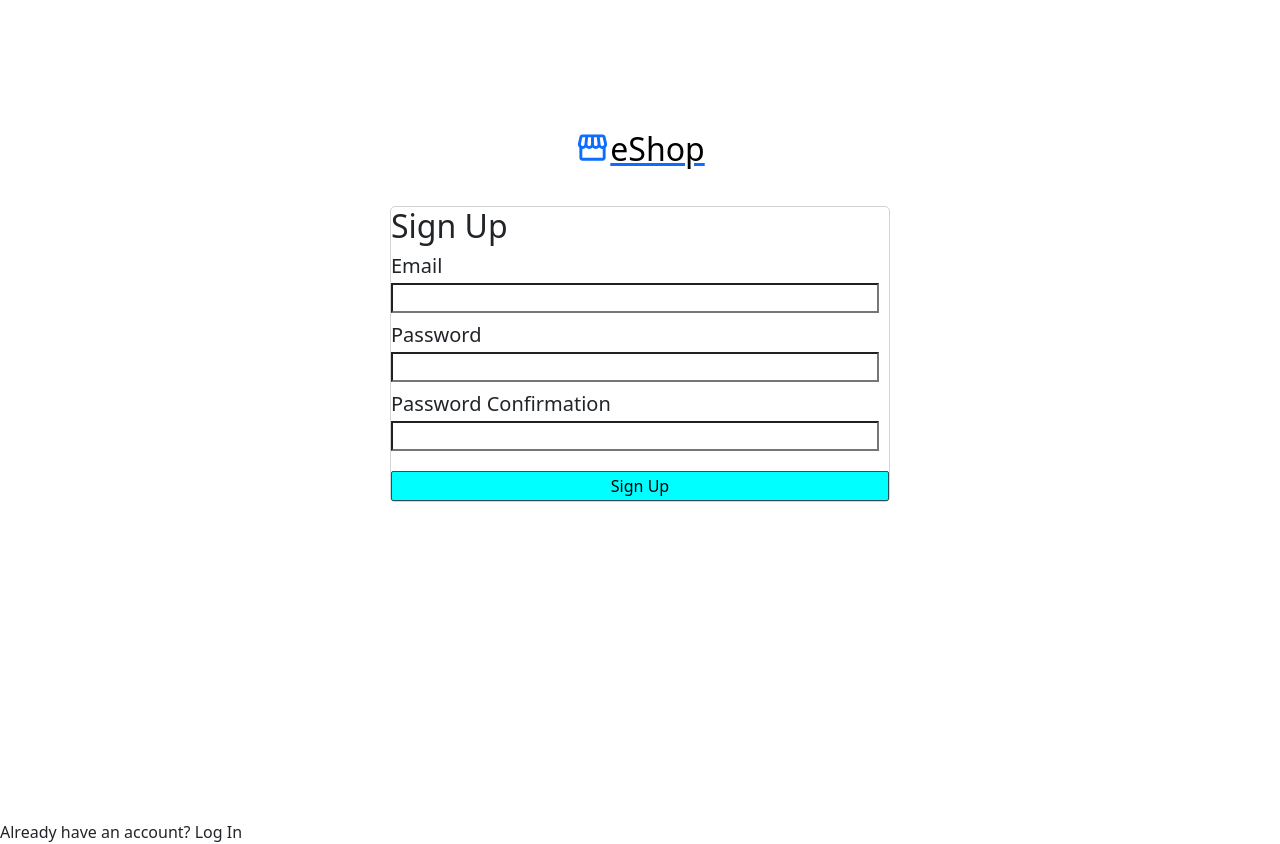
Repository: carinvid/reach-eshop
Page: /signup
These files come from the project's save history. The page is drawn as it stood at one moment and after the next save; the edit follows.
The browser window is 1280 px wide. The pictures show the whole page.
The page's requests for data from a server got no answer. The project was rebuilt for these pictures with package versions that can differ from the ones it lists, and the page was loaded fresh each time. No one was signed in, and anything a server would have sent is missing. Also part of the build but not shown: src/Header.css, src/Header.js, src/Home.css, src/Product.css, src/Product.js, src/Home.js, src/Checkout.css, src/CheckoutProduct.css and 6 more.

Above is the page before, as saved 2022-04-06 16:15:37.

After the next save:
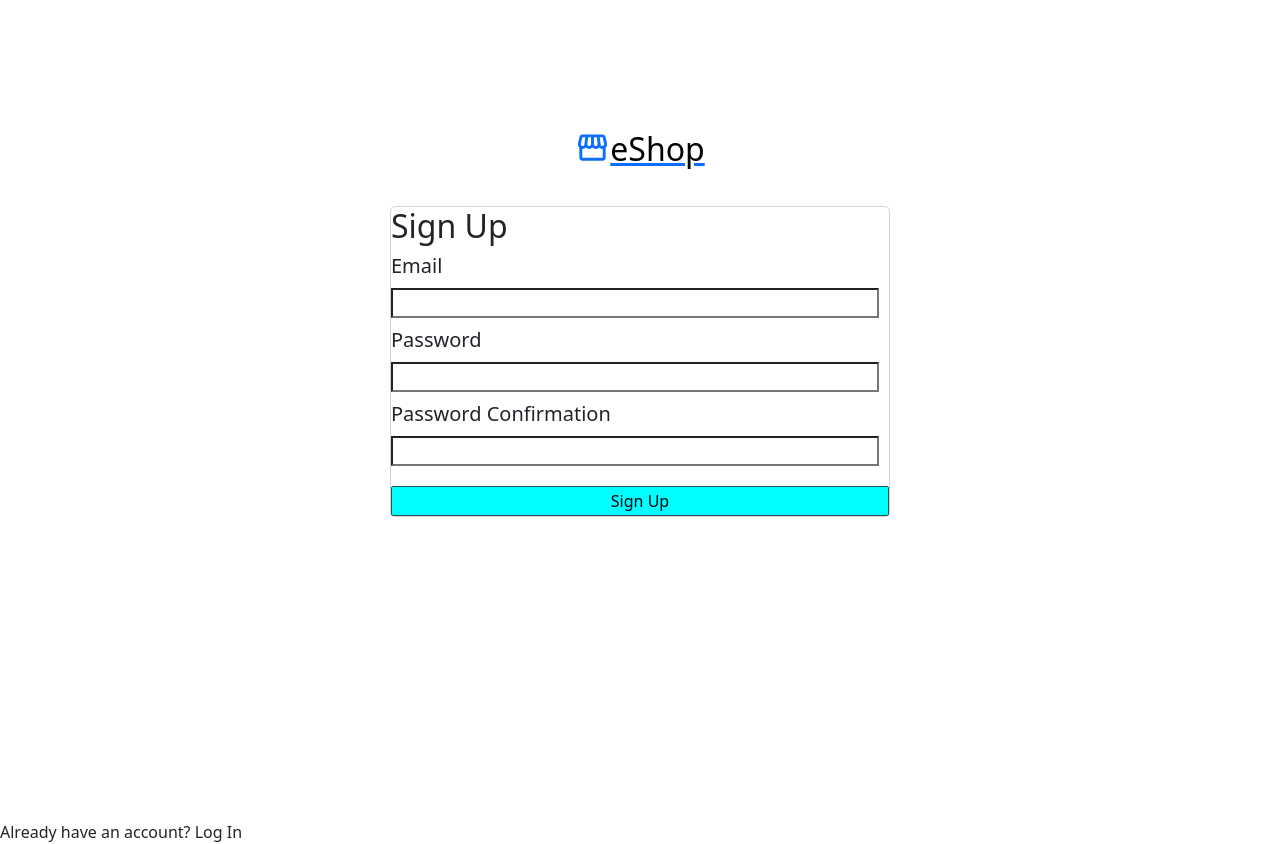
Saved 48 s later.
--- a/src/Signup.css
+++ b/src/Signup.css
@@ -35,7 +35,7 @@
 }
 
 .signup-container > form > h5 {
-    margin-bottom: 5px;
+    margin-bottom: 10px;
 }
 
 .signup-container > form > input {
